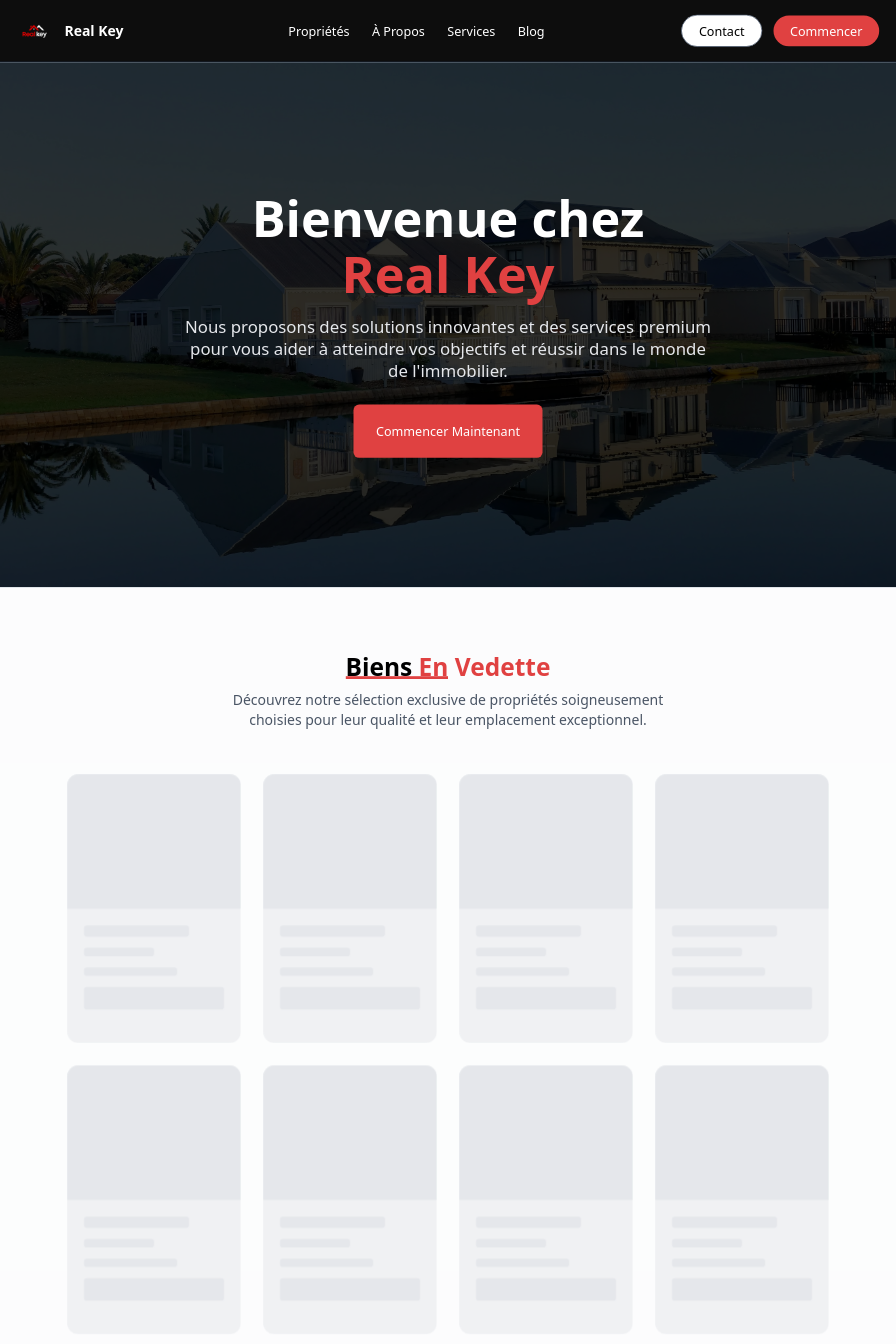
Repository: lamatmed/Real-Key
Page: /
The author's editor kept a copy of each file at every save. The page is drawn from the files as they stood at one save, then again after the next save.
The browser window is 1280 px wide. The pictures show the part of the page from y = 0 to 1920 px (the page is 5503 px tall), at 70% of full size.
The page's requests for data from a server got no answer. The project was rebuilt for these pictures with package versions that can differ from the ones it lists, and the page was loaded fresh each time. Some packages were replaced by stand-ins written for this rebuild. The framework's server and built-in components were replaced by stand-ins that run in the browser. No one was signed in, and anything a server would have sent is missing. Also part of the build but not shown: next.config.ts, app/_components/PropertyCard.tsx.

Above is the page before, as saved 2025-09-28 16:58:40.

### app/layout.tsx
import type { Metadata } from "next";
import { Geist, Geist_Mono } from "next/font/google";
import './globals.css'
import { ClerkProvider } from "@clerk/nextjs";
import { ConvexClientProvider } from "./ConvexClientProvider";
import Navbar from "./_components/Navbar";
import ConnectUserToConvext from "./ConnectUserToConvext";
import Footer from "./_components/Footer";

const geistSans = Geist({
  variable: "--font-geist-sans",
  subsets: ["latin"],
});

const geistMono = Geist_Mono({
  variable: "--font-geist-mono",
  subsets: ["latin"],
});

export const metadata: Metadata = {
  title: "Real Key",
  description: "Full Real Estate website",
};

export default function RootLayout({
  children,
}: Readonly<{
  children: React.ReactNode;
}>) {
  return (
    <ConvexClientProvider>
     <ClerkProvider>
    <html lang="en">
      <body
        className={`${geistSans.variable} ${geistMono.variable} antialiased`}
      >

        <Navbar/>
       <ConnectUserToConvext/>
        {children}
        <Footer/>

      </body>
    </html>
    </ClerkProvider>
    </ConvexClientProvider>
  );
}

### app/page.tsx
import Hero from "./_components/Hero";
import FeaturedProperties from "./_components/FeaturedProperties";
import WhatWeDo from "./_components/WhatWeDo";
import ConnectingPeople from "./_components/ConnectingPeople";
import WhatClientWant from "./_components/WhatClientWant";

export default function Home() {
  return (
    <div className="">
      <Hero/>
      <FeaturedProperties/>
      <WhatClientWant/>
      <WhatWeDo/>
      <ConnectingPeople/>
    </div>
  )
}

### app/globals.css
@import "tailwindcss";
@import "tw-animate-css";

@custom-variant dark (&:is(.dark *));

@theme inline {
  --color-background: var(--background);
  --color-foreground: var(--foreground);
  --font-sans: var(--font-geist-sans);
  --font-mono: var(--font-geist-mono);
  --color-sidebar-ring: var(--sidebar-ring);
  --color-sidebar-border: var(--sidebar-border);
  --color-sidebar-accent-foreground: var(--sidebar-accent-foreground);
  --color-sidebar-accent: var(--sidebar-accent);
  --color-sidebar-primary-foreground: var(--sidebar-primary-foreground);
  --color-sidebar-primary: var(--sidebar-primary);
  --color-sidebar-foreground: var(--sidebar-foreground);
  --color-sidebar: var(--sidebar);
  --color-chart-5: var(--chart-5);
  --color-chart-4: var(--chart-4);
  --color-chart-3: var(--chart-3);
  --color-chart-2: var(--chart-2);
  --color-chart-1: var(--chart-1);
  --color-ring: var(--ring);
  --color-input: var(--input);
  --color-border: var(--border);
  --color-destructive: var(--destructive);
  --color-accent-foreground: var(--accent-foreground);
  --color-accent: var(--accent);
  --color-muted-foreground: var(--muted-foreground);
  --color-muted: var(--muted);
  --color-secondary-foreground: var(--secondary-foreground);
  --color-secondary: var(--secondary);
  --color-primary-foreground: var(--primary-foreground);
  --color-primary: var(--primary);
  --color-popover-foreground: var(--popover-foreground);
  --color-popover: var(--popover);
  --color-card-foreground: var(--card-foreground);
  --color-card: var(--card);
  --radius-sm: calc(var(--radius) - 4px);
  --radius-md: calc(var(--radius) - 2px);
  --radius-lg: var(--radius);
  --radius-xl: calc(var(--radius) + 4px);
}

h2{
  position: relative;
  display: inline-block;
  color: black;
  font-size: 35px;

}

h2::before{
  position: absolute;
  content: "";
  width: 50%;
  height: 4px;
  background-color: #e04141;
  bottom: 0;
  left: 0;
}

:root {
  --radius: 0.625rem;
  --background: oklch(1 0 0);
  --foreground: oklch(0.145 0 0);
  --card: oklch(1 0 0);
  --card-foreground: oklch(0.145 0 0);
  --popover: oklch(1 0 0);
  --popover-foreground: oklch(0.145 0 0);
  --primary: oklch(0.205 0 0);
  --primary-foreground: oklch(0.985 0 0);
  --secondary: oklch(0.97 0 0);
  --secondary-foreground: oklch(0.205 0 0);
  --muted: oklch(0.97 0 0);
  --muted-foreground: oklch(0.556 0 0);
  --accent: oklch(0.97 0 0);
  --accent-foreground: oklch(0.205 0 0);
  --destructive: oklch(0.577 0.245 27.325);
  --border: oklch(0.922 0 0);
  --input: oklch(0.922 0 0);
  --ring: oklch(0.708 0 0);
  --chart-1: oklch(0.646 0.222 41.116);
  --chart-2: oklch(0.6 0.118 184.704);
  --chart-3: oklch(0.398 0.07 227.392);
  --chart-4: oklch(0.828 0.189 84.429);
  --chart-5: oklch(0.769 0.188 70.08);
  --sidebar: oklch(0.985 0 0);
  --sidebar-foreground: oklch(0.145 0 0);
  --sidebar-primary: oklch(0.205 0 0);
  --sidebar-primary-foreground: oklch(0.985 0 0);
  --sidebar-accent: oklch(0.97 0 0);
  --sidebar-accent-foreground: oklch(0.205 0 0);
  --sidebar-border: oklch(0.922 0 0);
  --sidebar-ring: oklch(0.708 0 0);
}

.dark {
  --background: oklch(0.145 0 0);
  --foreground: oklch(0.985 0 0);
  --card: oklch(0.205 0 0);
  --card-foreground: oklch(0.985 0 0);
  --popover: oklch(0.205 0 0);
  --popover-foreground: oklch(0.985 0 0);
  --primary: oklch(0.922 0 0);
  --primary-foreground: oklch(0.205 0 0);
  --secondary: oklch(0.269 0 0);
  --secondary-foreground: oklch(0.985 0 0);
  --muted: oklch(0.269 0 0);
  --muted-foreground: oklch(0.708 0 0);
  --accent: oklch(0.269 0 0);
  --accent-foreground: oklch(0.985 0 0);
  --destructive: oklch(0.704 0.191 22.216);
  --border: oklch(1 0 0 / 10%);
  --input: oklch(1 0 0 / 15%);
  --ring: oklch(0.556 0 0);
  --chart-1: oklch(0.488 0.243 264.376);
  --chart-2: oklch(0.696 0.17 162.48);
  --chart-3: oklch(0.769 0.188 70.08);
  --chart-4: oklch(0.627 0.265 303.9);
  --chart-5: oklch(0.645 0.246 16.439);
  --sidebar: oklch(0.205 0 0);
  --sidebar-foreground: oklch(0.985 0 0);
  --sidebar-primary: oklch(0.488 0.243 264.376);
  --sidebar-primary-foreground: oklch(0.985 0 0);
  --sidebar-accent: oklch(0.269 0 0);
  --sidebar-accent-foreground: oklch(0.985 0 0);
  --sidebar-border: oklch(1 0 0 / 10%);
  --sidebar-ring: oklch(0.556 0 0);
}

@layer base {
  * {
    @apply border-border outline-ring/50;
  }
  body {
    @apply bg-background text-foreground;
  }
}

### app/ConvexClientProvider.tsx
"use client";

import { ConvexProvider, ConvexReactClient } from "convex/react";
import { ReactNode } from "react";

// جلب العنوان من الـ environment variable
const address = process.env.NEXT_PUBLIC_CONVEX_URL;

// حماية إضافية لو المتغير مش موجود
if (!address) {
  throw new Error(
    "❌ NEXT_PUBLIC_CONVEX_URL is not defined. تأكد من إضافة المتغير داخل Vercel Environment Variables."
  );
}

// إنشاء عميل Convex
const convex = new ConvexReactClient(address);

export function ConvexClientProvider({ children }: { children: ReactNode }) {
  return <ConvexProvider client={convex}>{children}</ConvexProvider>;
}

### app/ConnectUserToConvext.tsx
"use client"
import { api } from '@/convex/_generated/api'
import { useUser } from '@clerk/nextjs'
import { useMutation } from 'convex/react'
import React, { useEffect } from 'react'

function ConnectUserToConvext() {

    const {user} = useUser()

    const updateUser = useMutation(api.users.updateUser)
    useEffect(()=>{
        if(!user){
            return
        }
        const syncUser= async()=>{
            try {
               await updateUser({
                userId:user.id,
                name:`${user?.firstName ?? "" } ${user?.lastName ?? ""}`,
               email: user.emailAddresses[0]?.emailAddress ?? "",
               })
            } catch (error) {
                 console.error("Error syncing user:", error);
            }
        }
        syncUser()
    },[user,updateUser])

    return null


}

export default ConnectUserToConvext

### app/_components/Footer.tsx
import Image from "next/image";

function Footer() {
    return (
        <footer className="px-6 md:px-16 lg:px-24 xl:px-32 pt-8 w-full text-gray-500 ">
            <div className="flex flex-col md:flex-row justify-between w-full gap-10 border-b border-gray-500/30 pb-6">
                <div className="md:max-w-96">
            <Image alt="image" src="/logoFooter.png" width={150} height={150}/>
                    <p className="mt-6 text-sm">
                        Real Key révolutionne l'expérience immobilière en offrant des services transparents et accessibles.
                        Notre mission est de vous accompagner dans tous vos projets, de l'achat à la location,
                        avec expertise et innovation depuis 2015.
                    </p>
                </div>
                <div className="flex-1 flex items-start md:justify-end gap-20">
                    <div>
                        <h1 className="font-semibold mb-5 text-gray-800">Entreprise</h1>
                        <ul className="text-sm space-y-2">
                            <li><a href="/">Accueil</a></li>
                            <li><a href="/about">À propos</a></li>
                            <li><a href="/contact">Contact</a></li>
                            <li><a href="/privacy">Politique de confidentialité</a></li>
                        </ul>
                    </div>
                    <div>
                        <h1 className="font-semibold mb-5 text-gray-800">Nous contacter</h1>
                        <div className="text-sm space-y-2">
                            <p>01 23 45 67 89</p>
                            <p>contact@realkey.fr</p>
                        </div>
                    </div>
                </div>
            </div>
            <p className="pt-4 text-center text-xs md:text-sm pb-5">
                Copyright 2025 © <a href="/">Real Key</a>. Tous droits réservés.
            </p>
        </footer>
    );
};
export default Footer

### app/_components/Hero.tsx
import { Button } from '@/components/ui/button'
import Image from 'next/image'
import Link from 'next/link'
import React from 'react'

function Hero() {
  return (
    <div className='relative overflow-hidden h-[750px] w-full'>
        <Image
          alt='Bannière principale'
          fill
          className='w-full h-[750px] object-cover'
          src="/hero.jpg"
          priority
        />

      <div className='absolute inset-0 bg-black/80'></div>

      <div className='absolute inset-0 flex items-center justify-center'>
        <div className='text-center px-4 max-w-4xl'>
          <h1 className='text-4xl sm:text-5xl md:text-7xl font-bold mb-6 text-white'>
            Bienvenue chez
            <span className='block text-[#e04141] mt-2'>Real Key</span>
          </h1>

          <p className='text-lg md:text-xl lg:text-2xl mb-8 text-gray-200 max-w-3xl mx-auto'>
            Nous proposons des solutions innovantes et des services premium pour vous aider à atteindre vos objectifs et réussir dans le monde de l'immobilier.
          </p>

          <Link href="/properties">
            <Button className='bg-[#e04141] hover:bg-[#c03939] text-white px-8 py-6 text-lg'>
              Commencer Maintenant
            </Button>
          </Link>
        </div>
      </div>
    </div>
  )
}

export default Hero

### app/_components/ConnectingPeople.tsx
import { Button } from '@/components/ui/button'
import Image from 'next/image'
import React from 'react'

function ConnectingPeople() {
  return (
    <div className='p-6 md:p-12 lg:p-24 items-center grid grid-cols-1 lg:grid-cols-2 gap-6 lg:gap-8'>

        <Image
          className='rounded-3xl w-full h-[300px] md:h-[400px] lg:h-[450px] object-cover'
          width={800}
          height={800}
          alt='image'
          src="/house.jpg"
        />

        <div className='text-center lg:text-left'>
          <h1 className='text-2xl md:text-3xl lg:text-[35px] text-[#e04141] font-bold leading-tight'>
            Notre passion : connecter les personnes avec leur maison idéale.
          </h1>
          <p className='text-gray-600 mt-3 text-sm md:text-base lg:text-lg leading-relaxed'>
            Avec une passion authentique pour aider les gens à trouver la maison de leurs rêves, nous nous consacrons à mettre en relation acheteurs et vendeurs sur le marché immobilier. Faites-nous confiance pour rendre votre expérience d'achat ou de vente fluide et satisfaisante.
          </p>

          <Button className='mt-5 w-full lg:w-auto'>En savoir plus</Button>
        </div>
    </div>
  )
}

export default ConnectingPeople

### app/_components/WhatClientWant.tsx
import { Button } from '@/components/ui/button'
import { Building, Fence, House } from 'lucide-react'
import Image from 'next/image'
import Link from 'next/link'
import React from 'react'

function WhatClientWant() {
  return (
   <div className='relative h-auto lg:h-[750px] w-full'>

        <Image
          alt='hero'
          fill
          className='w-full h-full object-cover'
          src="/whatClientWant.jpg"
        />

      <div className='absolute inset-0 bg-black/70 z-10'></div>


    <div className='absolute inset-0 z-20 flex flex-col justify-center'>
      <div className='flex items-center justify-center mt-8 lg:mt-32'>
        <h1 className='text-3xl md:text-[45px] font-bold mb-6 text-white text-center px-4'>
          Que recherchez-vous ?
        </h1>
      </div>

      <div className='grid grid-cols-1 lg:grid-cols-3 text-white gap-4 lg:gap-6 text-center p-4 lg:p-24'>

        <div className='p-4 lg:p-6 flex flex-col items-center h-auto lg:h-[400px] justify-center bg-black/70 rounded-lg'>
          <House className="w-12 h-12 md:w-16 md:h-16 lg:w-[85px] lg:h-[85px]"/>
          <h3 className='my-3 text-xl lg:text-[25px] font-semibold'>Maisons</h3>
          <p className='text-sm lg:text-base leading-relaxed'>
            Découvrez de belles maisons familiales dans des quartiers prestigieux, avec des espaces de vie spacieux, des jardins privés et des designs élégants. Des maisons de ville charmantes aux grands domaines, chaque propriété offre intimité, confort et l'environnement parfait pour que votre famille s'épanouisse.
          </p>
          <Link href="/properties?type=house" className='w-full mt-4 lg:mt-5'>
            <Button className='bg-[#e04141] w-full lg:w-auto'>Voir toutes les maisons</Button>
          </Link>
        </div>

        <div className='p-4 lg:p-6 flex flex-col items-center h-auto lg:h-[400px] justify-center bg-black/70 rounded-lg'>
          <Building className="w-12 h-12 md:w-16 md:h-16 lg:w-[85px] lg:h-[85px]"/>
          <h3 className='my-3 text-xl lg:text-[25px] font-semibold'>Appartements</h3>
          <p className='text-sm lg:text-base leading-relaxed'>
            Découvrez des appartements de luxe dans des emplacements privilégiés avec des vues imprenables sur la ville et des équipements modernes. Du studio cosy au penthouse spacieux, trouvez votre maison parfaite avec des installations de premier ordre incluant salles de sport, piscines et sécurité 24h/24.
          </p>
          <Link href="/properties?type=apartment" className='w-full mt-4 lg:mt-5'>
            <Button className='bg-[#e04141] w-full lg:w-auto'>Voir tous les appartements</Button>
          </Link>
        </div>

        <div className='p-4 lg:p-6 flex flex-col items-center h-auto lg:h-[400px] justify-center bg-black/70 rounded-lg'>
          <Fence className="w-12 h-12 md:w-16 md:h-16 lg:w-[85px] lg:h-[85px]"/>
          <h3 className='my-3 text-xl lg:text-[25px] font-semibold'>Maisons de Ville</h3>
          <p className='text-sm lg:text-base leading-relaxed'>
            Vivez la fusion parfaite entre intimité et vie de communauté dans nos élégantes maisons de ville. Ces habitations sur plusieurs niveaux offrent des espaces de vie spacieux, des jardins privés et des designs architecturaux modernes. Avec 2 à 4 chambres, cuisines contemporaines et places de parking dédiées, chaque maison de ville allie le confort d'une maison aux avantages d'équipements partagés.
          </p>
          <Link href="/properties?type=townhouse" className='w-full mt-4 lg:mt-5'>
            <Button className='bg-[#e04141] w-full lg:w-auto'>Voir toutes les maisons de ville</Button>
          </Link>
        </div>

      </div>
    </div>

    </div>
  )
}

export default WhatClientWant

### components/ui/button.tsx
import * as React from "react"
import { Slot } from "@radix-ui/react-slot"
import { cva, type VariantProps } from "class-variance-authority"

import { cn } from "@/lib/utils"

const buttonVariants = cva(
  "inline-flex items-center justify-center gap-2 whitespace-nowrap rounded-md text-lg font-medium transition-all disabled:pointer-events-none disabled:opacity-50 [&_svg]:pointer-events-none [&_svg:not([class*='size-'])]:size-4 shrink-0 [&_svg]:shrink-0 outline-none focus-visible:border-ring focus-visible:ring-ring/50 focus-visible:ring-[3px] aria-invalid:ring-destructive/20 dark:aria-invalid:ring-destructive/40 aria-invalid:border-destructive",
  {
    variants: {
      variant: {
        default: "bg-primary text-primary-foreground hover:bg-primary/90 cursor-pointer",
        destructive:
          "bg-destructive text-white hover:bg-destructive/90 focus-visible:ring-destructive/20 dark:focus-visible:ring-destructive/40 dark:bg-destructive/60",
        outline:
          "border bg-background shadow-xs hover:bg-accent hover:text-accent-foreground dark:bg-input/30 dark:border-input dark:hover:bg-input/50",
        secondary:
          "bg-secondary text-secondary-foreground hover:bg-secondary/80",
        ghost:
          "hover:bg-accent hover:text-accent-foreground dark:hover:bg-accent/50",
        link: "text-primary underline-offset-4 hover:underline",
      },
      size: {
        default: " px-4 py-2 has-[>svg]:px-3",
        sm: "h-8 rounded-md gap-1.5 px-3 has-[>svg]:px-2.5",
        lg: "h-10 rounded-md px-6 has-[>svg]:px-4",
        icon: "size-9",
      },
    },
    defaultVariants: {
      variant: "default",
      size: "default",
    },
  }
)

function Button({
  className,
  variant,
  size,
  asChild = false,
  ...props
}: React.ComponentProps<"button"> &
  VariantProps<typeof buttonVariants> & {
    asChild?: boolean
  }) {
  const Comp = asChild ? Slot : "button"

  return (
    <Comp
      data-slot="button"
      className={cn(buttonVariants({ variant, size, className }))}
      {...props}
    />
  )
}

export { Button, buttonVariants }

Loaded but not shown: convex/_generated/api.js (common file); lib/utils.ts (common file); app/_components/FeaturedProperties.tsx (113 lines, source omitted); app/_components/WhatWeDo.tsx (122 lines, source omitted); app/_components/Navbar.tsx (149 lines, source omitted)

After the next save:
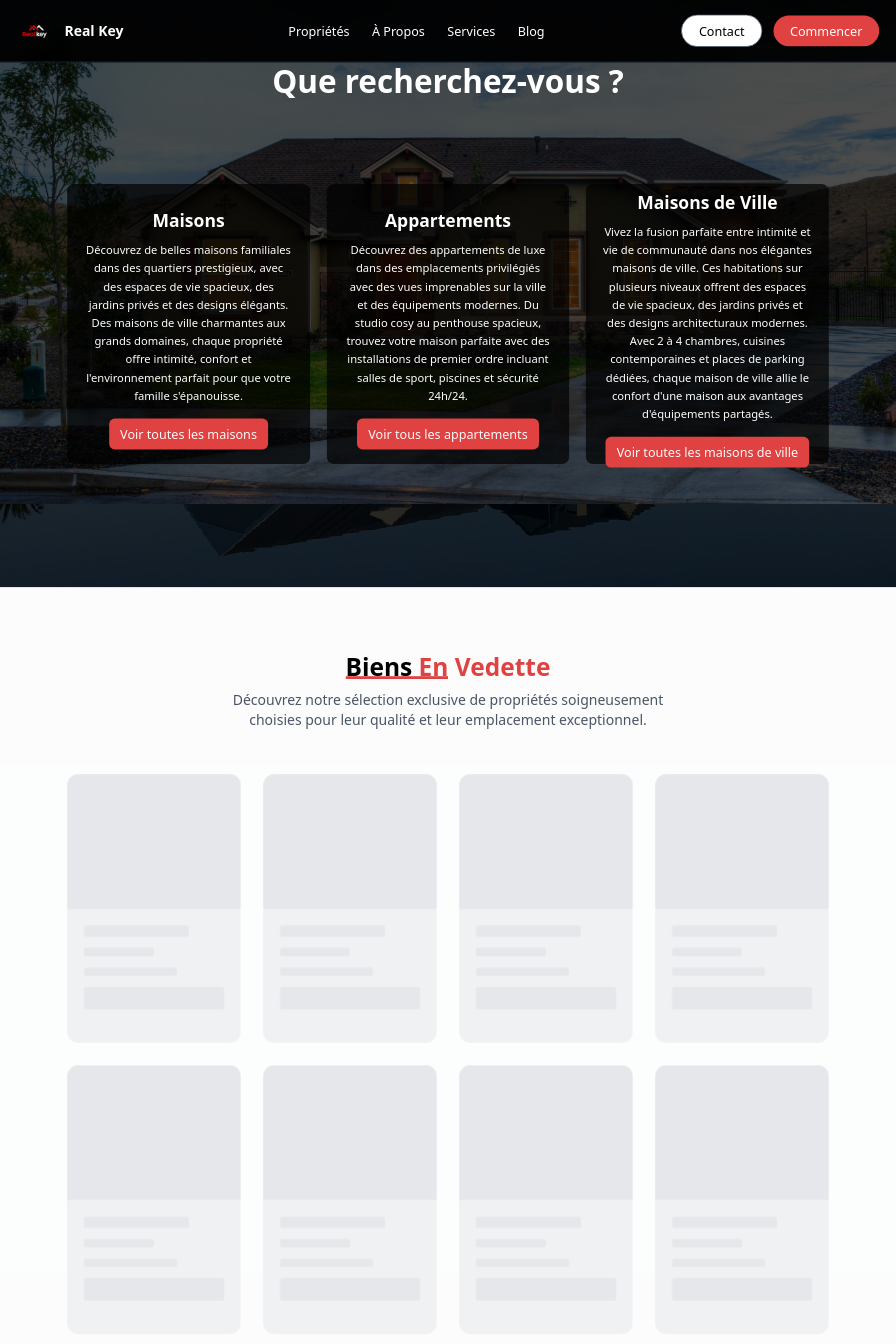
Saved 96 s later.
--- a/app/_components/WhatClientWant.tsx
+++ b/app/_components/WhatClientWant.tsx
@@ -6,7 +6,7 @@
 
 function WhatClientWant() {
   return (
-   <div className='relative h-auto lg:h-[750px] w-full'>
+   <div className=' h-auto lg:h-[750px] w-full'>
 
         <Image
           alt='hero'

After the 4 saves that followed:
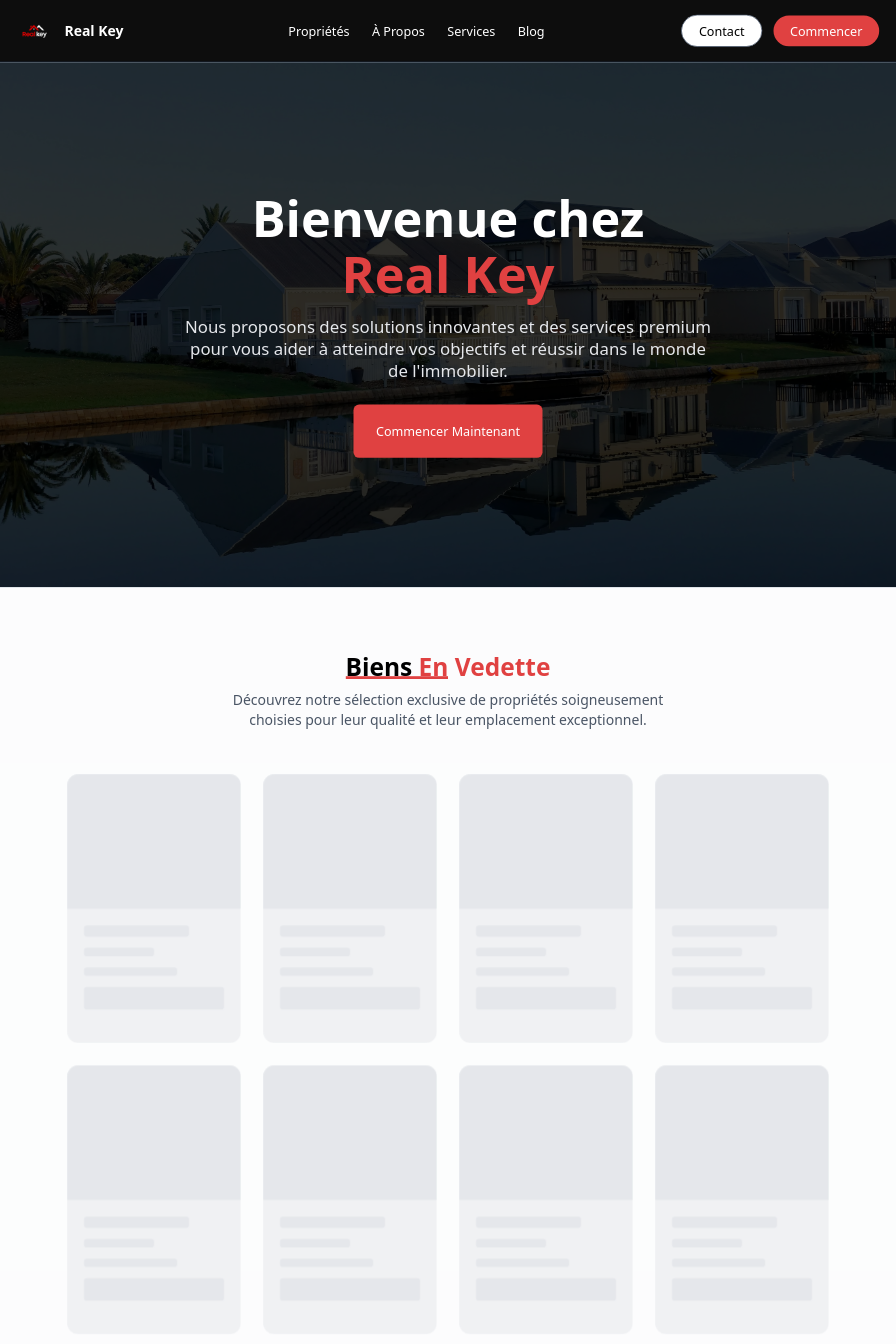
The 4 saves are shown as one change because 1 left the picture as it was and some came seconds apart.
The last was saved 103 s later.
--- a/app/_components/WhatClientWant.tsx
+++ b/app/_components/WhatClientWant.tsx
@@ -6,7 +6,7 @@
 
 function WhatClientWant() {
   return (
-   <div className=' h-auto lg:h-[750px] w-full'>
+   <div className='relative h-auto lg:h-[750px] w-full'>
 
         <Image
           alt='hero'
